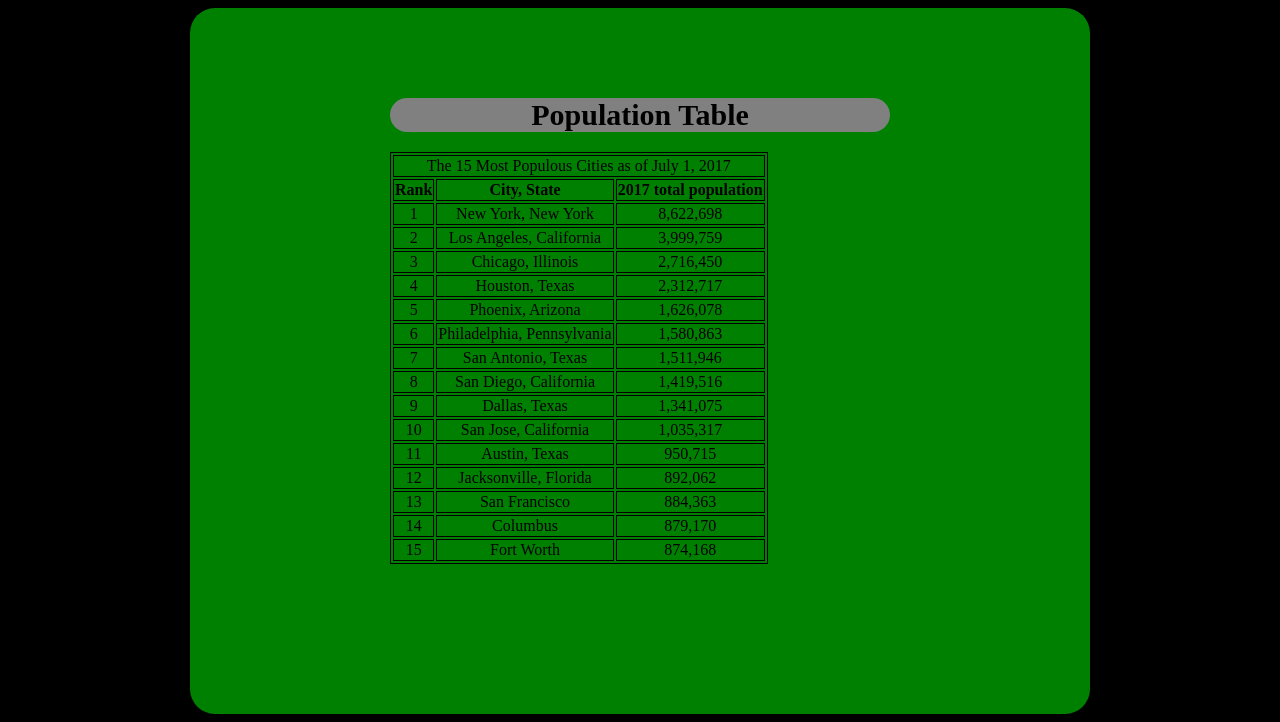
Repository: GaithCattan/COSW30
Page: http://localhost/labwork/lab5/population.php
The author's editor kept a record of every edit. The page is drawn from the files as they stood at one moment, then again after the next edit.
The browser window is 1280 px wide. The pictures show the whole page.
The page is run by PHP 8.4 with error messages shown; the project is at /var/www/html/.

Above is the page before.

After the next edit:
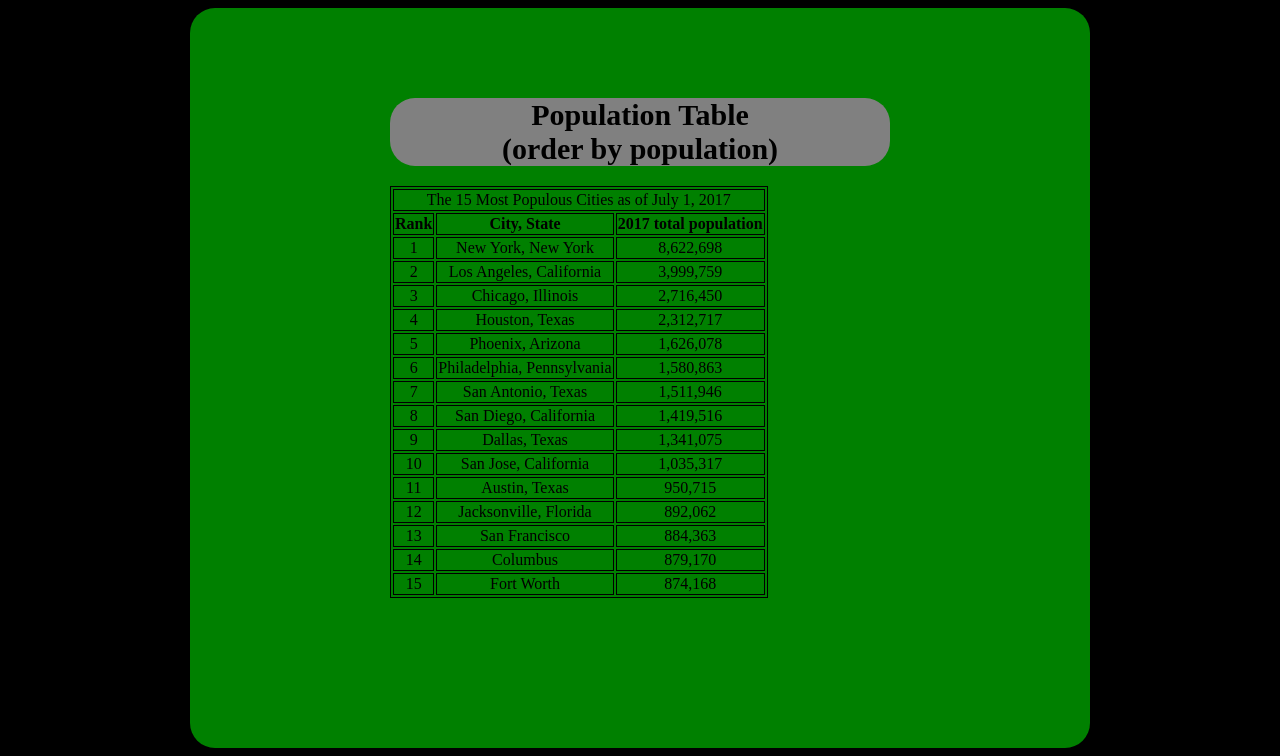
The edit:
--- a/labwork/lab5/population.php
+++ b/labwork/lab5/population.php
@@ -23,7 +23,7 @@
     <div id="container">
     <div id="texting">
 
-    <h1>Population Table</h1>
+    <h1>Population Table <br>(order by population)</h1>
 
 
 
